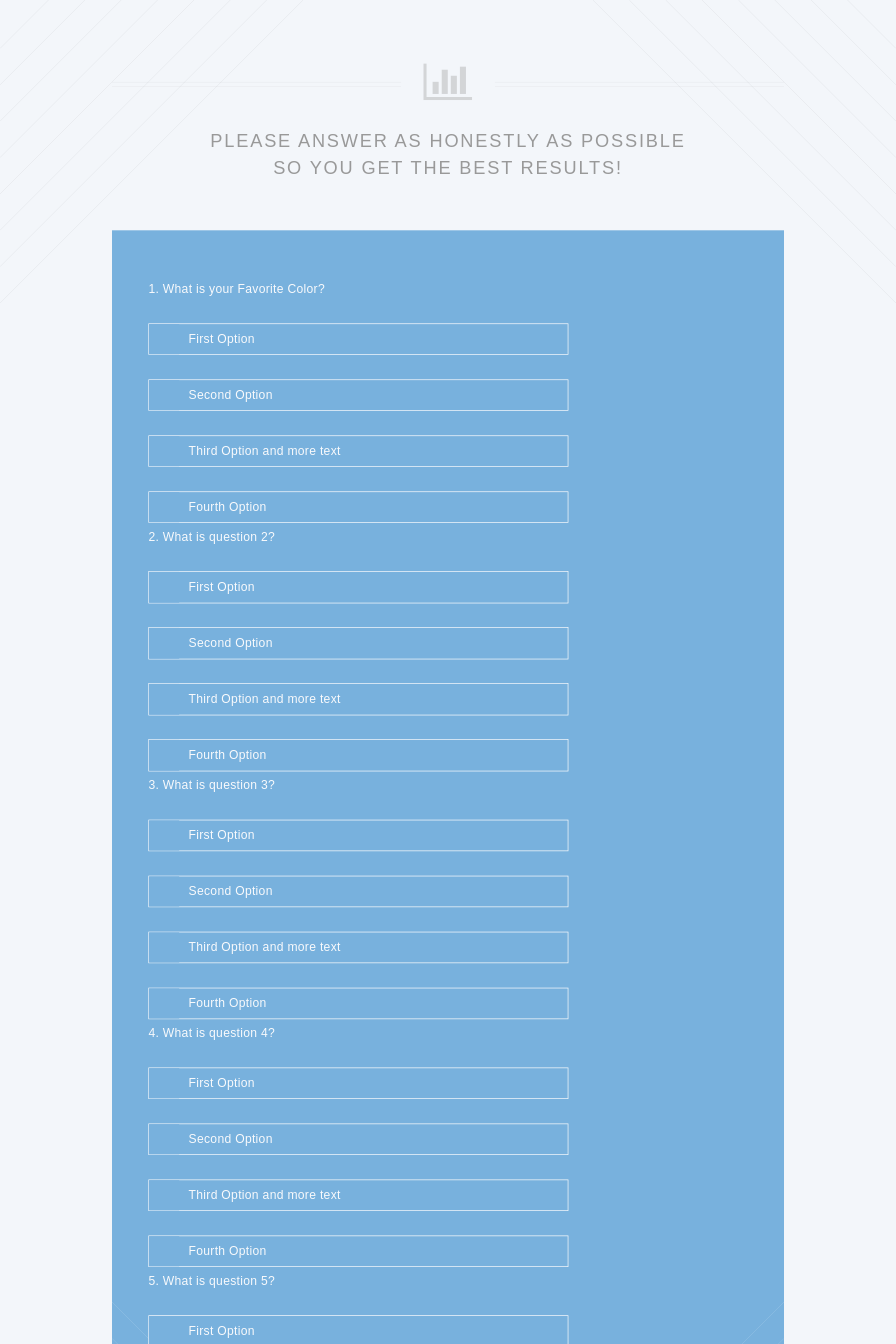
Repository: buzzeh/PatriotMatch
Page: ui/questions.html
The author's editor kept a record of every edit. The page is drawn from the files as they stood at one moment, then again after the next edit.
The browser window is 1280 px wide. The pictures show the part of the page from y = 0 to 1920 px (the page is 2665 px tall before and 2340 px after), at 70% of full size.

Above is the page before.

### ui/questions.html
<!DOCTYPE HTML>
<!--
	Twenty by HTML5 UP
	html5up.net | @n33co
	Free for personal and commercial use under the CCA 3.0 license (html5up.net/license)
-->
<html>

<head>
	<title>Patriot Match</title>
	<link rel="shortcut icon" href="http://cdn.bleacherreport.net/images/team_logos/50x50/new_england_patriots.png">
	<meta http-equiv="content-type" content="text/html; charset=utf-8" />
	<meta name="description" content="" />
	<meta name="keywords" content="" />


	<meta http-equiv="cache-control" content="max-age=0" />
	<meta http-equiv="cache-control" content="no-cache" />
	<meta http-equiv="expires" content="0" />
	<meta http-equiv="expires" content="Tue, 01 Jan 1980 1:00:00 GMT" />
	<meta http-equiv="pragma" content="no-cache" />

	<!--[if lte IE 8]><script src="css/ie/html5shiv.js"></script><![endif]-->
	<script src="js/jquery.min.js"></script>
	<script src="js/jquery.dropotron.min.js"></script>
	<script src="js/jquery.scrolly.min.js"></script>
	<script src="js/jquery.scrollgress.min.js"></script>
	<script src="js/skel.min.js"></script>
	<script src="js/skel-layers.min.js"></script>
	<script src="js/init.js"></script>
	<noscript>
		<link rel="stylesheet" href="css/skel.css?id=1" />
		<link rel="stylesheet" href="css/style.css?id=1" />

		<link rel="stylesheet" href="css/style-wide.css?id=1" />
		<link rel="stylesheet" href="css/style-noscript.css?id=1" />
	</noscript>

	<link rel="stylesheet" href="css/questions.css?id=1" />

	<!--[if lte IE 8]><link rel="stylesheet" href="css/ie/v8.css" /><![endif]-->
	<!--[if lte IE 9]><link rel="stylesheet" href="css/ie/v9.css" /><![endif]-->
</head>

<body class="index">

	<article id="main">

		<header class="special container">
			<span class="icon fa-bar-chart-o"></span>
			<h2>Please answer as honestly as possible
					<br />
					so you get the best results!</h2>

		</header>
		<section class="wrapper style2 container special-alt">
			<!--bg and color-->
			<div id='logger'></div>
			<div id="page1">
				<div>
					1. What is your Favorite Color?
					<div>
						<input type="radio" name="radio" id="radio1" class="radio" />
						<label for="radio1">First Option</label>
					</div>
					<div>
						<input type="radio" name="radio" id="radio2" class="radio" />
						<label for="radio2">Second Option</label>
					</div>
					<div>
						<input type="radio" name="radio" id="radio3" class="radio" />
						<label for="radio3">Third Option and more text</label>
					</div>
					<div>
						<input type="radio" name="radio" id="radio4" class="radio" />
						<label for="radio4">Fourth Option</label>
					</div>
				</div>
<br><br>
				<div>
				2. What is question 2?
					<div>
						<input type="radio" name="radio2" id="radio5" class="radio" />
						<label for="radio5">First Option</label>
					</div>
					<div>
						<input type="radio" name="radio2" id="radio6" class="radio" />
						<label for="radio6">Second Option</label>
					</div>
					<div>
						<input type="radio" name="radio2" id="radio7" class="radio" />
						<label for="radio7">Third Option and more text</label>
					</div>
					<div>
						<input type="radio" name="radio2" id="radio8" class="radio" />
						<label for="radio8">Fourth Option</label>
					</div>
				</div>

				<br><br>


				<div>
				3. What is question 3?
					<div>
						<input type="radio" name="radio3" id="radio9" class="radio" />
						<label for="radio9">First Option</label>
					</div>
					<div>
						<input type="radio" name="radio3" id="radio10" class="radio" />
						<label for="radio10">Second Option</label>
					</div>
					<div>
						<input type="radio" name="radio3" id="radio11" class="radio" />
						<label for="radio11">Third Option and more text</label>
					</div>
					<div>
						<input type="radio" name="radio3" id="radio12" class="radio" />
						<label for="radio12">Fourth Option</label>
					</div>
				</div>

				<br><br>

				<div>
				4. What is question 4?
					<div>
						<input type="radio" name="radio4" id="radio13" class="radio" />
						<label for="radio13">First Option</label>
					</div>
					<div>
						<input type="radio" name="radio4" id="radio14" class="radio" />
						<label for="radio14">Second Option</label>
					</div>
					<div>
						<input type="radio" name="radio4" id="radio15" class="radio" />
						<label for="radio15">Third Option and more text</label>
					</div>
					<div>
						<input type="radio" name="radio4" id="radio16" class="radio" />
						<label for="radio16">Fourth Option</label>
					</div>
				</div>

				<br><br>

				<div>
				5. What is question 5?
					<div>
						<input type="radio" name="radio5" id="radio17" class="radio" />
						<label for="radio17">First Option</label>
					</div>
					<div>
						<input type="radio" name="radio5" id="radio18" class="radio" />
						<label for="radio18">Second Option</label>
					</div>
					<div>
						<input type="radio" name="radio5" id="radio19" class="radio" />
						<label for="radio19">Third Option and more text</label>
					</div>
					<div>
						<input type="radio" name="radio5" id="radio20" class="radio" />
						<label for="radio20">Fourth Option</label>
					</div>
				</div>
				</div>
				<br><br>
<!--
					<div>
						1. What is your Favorite Color?
						<div>
							<input type="radio" name="Q1" value="1" />
							<label for="radio1"><span><span></span></span>Option 1</label>
						</div>
						<div>
							<input type="radio" name="Q1" value="2" />

							<label for="radio1"><span><span></span></span>Option 2</label>
						</div>
						<div>
							<input type="radio" name="Q1" value="3">
							<label for="radio1"><span><span></span></span>Option 3</label>
						</div>
						<div>
							<input type="radio" name="Q1" value="3">
							<label for="radio1"><span><span></span></span>Option 4</label>
						</div>

					</div>
					<div id="QF2">

						1. Q2JHSALHDUISAE FISD FSADFISADH;FIE
						<div>
							<input type="radio" name="Q2" value="1">
							<label for="radio2"><span><span></span></span>Option 1</label>
						</div>
						<div>
							<input type="radio" name="Q2" value="2">
							<label for="radio2"><span><span></span></span>Option 2</label>
						</div>
						<div>
							<input type="radio" name="Q2" value="3">
							<label for="radio2"><span><span></span></span>Option 3</label>
						</div>
						<div>
							<input type="radio" name="Q2" value="3">
							<label for="radio2"><span><span></span></span>Option 4</label>
						</div>
					</div>
					<div id="QF3">
						3. Question 3:
						<br>
						<input type="radio" name="Q3">Item one
						<br>
						<input type="radio" name="Q3">Item two
						<br>
						<input type="radio" name="Q3">Item three
						<br>
						<input type="radio" name="Q3">Item four
						<br>
					</div>
					<div id="QF4">
						4. Question 4:
						<br>
						<input type="radio" name="Q4">Item one
						<br>
						<input type="radio" name="Q4">Item two
						<br>
						<input type="radio" name="Q4">Item three
						<br>
						<input type="radio" name="Q4">Item four
					</div>
					<div id="QF5" style="display:inline">
						5. Question 5:
						<br>
						<input type="radio" name="Q5">Item one
						<br>
						<input type="radio" name="Q5">Item two
						<br>
						<input type="radio" name="Q5">Item three
						<br>
						<input type="radio" name="Q5">Item four
						<br>
					</div>
				</div>
-->
				<div id="page2" style="display:none">
					<div>
						6. What is your Favorite Color?
						<br>
						<input type="radio" name="Q1">Item one
						<br>
						<input type="radio" name="Q1">Item two
						<br>
						<input type="radio" name="Q1">Item three
						<br>
						<input type="radio" name="Q1">Item four
						<br>
					</div>
					<div id="QF7">
						7. Question 7:
						<br>
						<input type="radio" name="Q2">Item one
						<br>
						<input type="radio" name="Q2">Item two
						<br>
						<input type="radio" name="Q2">Item three
						<br>
						<input type="radio" name="Q2">Item four
						<br>
					</div>
					<div id="QF8">
						8. Question 8:
						<br>
						<input type="radio" name="Q3">Item one
						<br>
						<input type="radio" name="Q3">Item two
						<br>
						<input type="radio" name="Q3">Item three
						<br>
						<input type="radio" name="Q3">Item four
						<br>
					</div>
					<div id="QF9">
						9. Question 9:
						<br>
						<input type="radio" name="Q4">Item one
						<br>
						<input type="radio" name="Q4">Item two
						<br>
						<input type="radio" name="Q4">Item three
						<br>
						<input type="radio" name="Q4">Item four
					</div>
					<div id="QF10" style="display:inline">
						10. Question 10:
						<br>
						<input type="radio" name="Q5">Item one
						<br>
						<input type="radio" name="Q5">Item two
						<br>
						<input type="radio" name="Q5">Item three
						<br>
						<input type="radio" name="Q5">Item four
						<br>
					</div>
				</div>


				<div id="page3" style="display:none">
					<div>
						11. What is your Favorite Color?
						<br>
						<input type="radio" name="Q1">Item one
						<br>
						<input type="radio" name="Q1">Item two
						<br>
						<input type="radio" name="Q1">Item three
						<br>
						<input type="radio" name="Q1">Item four
						<br>
					</div>
					<div id="QF7">
						12. Question 7:
						<br>
						<input type="radio" name="Q2">Item one
						<br>
						<input type="radio" name="Q2">Item two
						<br>
						<input type="radio" name="Q2">Item three
						<br>
						<input type="radio" name="Q2">Item four
						<br>
					</div>
					<div id="QF8">
						13. Question 8:
						<br>
						<input type="radio" name="Q3">Item one
						<br>
						<input type="radio" name="Q3">Item two
						<br>
						<input type="radio" name="Q3">Item three
						<br>
						<input type="radio" name="Q3">Item four
						<br>
					</div>
					<div id="QF9">
						14. Question 9:
						<br>
						<input type="radio" name="Q4">Item one
						<br>
						<input type="radio" name="Q4">Item two
						<br>
						<input type="radio" name="Q4">Item three
						<br>
						<input type="radio" name="Q4">Item four
					</div>
					<div id="QF10" style="display:inline">
						15. Question 10:
						<br>
						<input type="radio" name="Q5">Item one
						<br>
						<input type="radio" name="Q5">Item two
						<br>
						<input type="radio" name="Q5">Item three
						<br>
						<input type="radio" name="Q5">Item four
						<br>
					</div>
				</div>



			<center>
				<a id="PPButton" class="button" style="display: none;">Previous Page</a>
				<a id="NPButton" class="button">Next Page</a>

			</center>
		</section>


		<!-- Footer -->
		<footer id="footer">
			<ul class="copyright">
				<li>Created by: Cristhian Benitez, Lee Chea, and Jagroop Chahal</li>
				<li>Supervisor: Emad Ibrahim</li>
				<br>
				<br>Photography: Jirayuth Kaewmeesri
				<li>Design: <a href="http://html5up.net">HTML5 UP</a>
				</li>
			</ul>
		</footer>

		<script type="text/javascript" src="\js\Question.js"></script>

</body>

</html>

### ui/css/questions.css
/*
body{
  margin      : 0;
  padding     : 1.5em;
}
/*  font-family : Georgia,Utopia,Charter,serif;*/

/*
.example{
  margin-bottom : 1.5em;
}

input[type=radio   ]:not(old){
  width     : 2em;
  margin    : 0;
  padding   : 0;
  font-size : 1em;
  opacity   : 0;
}


input[type=radio   ]:not(old) + label{
  display      : inline-block;
  margin-left  : -2em;
  line-height  : 1.5em;
}


input[type=radio   ]:not(old) + label > span{
  display          : inline-block;
  width            : .875em;
  height           : 0.875em;
  margin           : 0.25em 0.5em 0.25em 0.25em;
  border           : 0.0625em solid rgb(255,255,255);
  border-radius    : 0.16em;
  background       : rgb(0,0,0);
  background-image :    -moz-linear-gradient(rgb(240,240,240),rgb(224,224,224));
  background-image :     -ms-linear-gradient(rgb(240,240,240),rgb(224,224,224));
  background-image :      -o-linear-gradient(rgb(240,240,240),rgb(224,224,224));
  background-image : -webkit-linear-gradient(rgb(240,240,240),rgb(224,224,224));
  background-image :         linear-gradient(rgb(240,240,240),rgb(224,224,224));
  vertical-align   : bottom;
}
/*

/* keep this hidden
input[type=radio   ]:not(old):checked + label > span{
  background-image :    -moz-linear-gradient(rgb(224,224,224),rgb(240,240,240));
  background-image :     -ms-linear-gradient(rgb(224,224,224),rgb(240,240,240));
  background-image :      -o-linear-gradient(rgb(224,224,224),rgb(240,240,240));
  background-image : -webkit-linear-gradient(rgb(224,224,224),rgb(240,240,240));
  background-image :         linear-gradient(rgb(224,224,224),rgb(240,240,240));
}

*/

/*
input[type=radio]:not(old):checked +  label > span > span{
  display          : block;
  width            : .5em;
  height           : 0.5em;
  margin           : 0.125em;
  border           : .0625em solid rgb(0,104,204);
  border-radius    : 0.125em;
  background       : rgb(0,153,255);

}
*/
body {
	font-family: sans-serif;
	margin: 10px;
	color: #999;
	background-color: #eee;
}

form {
	margin: 40px 0;
}

div {
	clear: both;
	margin: 0 0px;   /*------------------was 50, x of all */
}

label {    /*Sizes of labels*/
  width: 600px;
  border: 1px solid #ffffff
}


label:hover{
  background-color: #1e80c7;
}


/* hide input */
input.radio:empty {
	margin-left: -9999px;
}

/* style label */
input.radio:empty ~ label {
	position: relative;
	float: left;
	line-height: 2.5em;
	text-indent: 3.25em;
	margin-top: 2em;
	cursor: pointer;
	-webkit-user-select: none;
	-moz-user-select: none;
	-ms-user-select: none;
	user-select: none;
}

input.radio:empty ~ label:before {
	position: absolute;
	display: block;
	top: 0;
	bottom: 0;
	left: 0;
	content: '';
	width: 2.5em;
	background: #006ec2;  /*color of box*/

}

/* toggle hover */
input.radio:hover:not(:checked) ~ label:before {
	content:'\2714';
	text-indent: .9em;
	color: #ffffff; /*check color when hovering*/
}

input.radio:hover:not(:checked) ~ label {
	color: #e0e0e0; /*text color hover*/
}

/* toggle on */
input.radio:checked ~ label:before {
	content:'\2714';
	text-indent: .9em;
	color: #006ec2; /*check when clicked*/
	background-color: #ffffff;
}

input.radio:checked ~ label { /*text checked color*/
	color: #ffffff;

}

/* radio focus */
input.radio:focus ~ label:before {
	box-shadow: 0 0 0 3px #ffffff; /*little box shadow*/
}

### ui/css/style-normal.css
/*
	Twenty by HTML5 UP
	html5up.net | @n33co
	Free for personal and commercial use under the CCA 3.0 license (html5up.net/license)
*/

/* Basic */

	body, input, select, textarea {
		font-size: 13pt;
		letter-spacing: 0.025em;
		line-height: 1.65em;
	}

	h1, h2, h3, h4, h5, h6 {
		line-height: 1.5em;
	}

/* Section/Article */

	header.major {
		padding-bottom: 1.5em;
	}

	footer.major {
		padding-top: 2em;
	}

/* Wrapper */

	.wrapper {
		margin-bottom: 4em;
		padding: 4em 3em;
	}

		.wrapper.style4 {
			padding: 3em;
		}

/* Header */

	#header nav ul li {
		margin-left: 1em;
	}

/* Banner */

	#banner {
		background-attachment: scroll;
	}

/* CTA */

	#cta {
		padding: 4em;
		background-attachment: scroll;
	}

/* Footer */

	#footer {
		padding: 4em;
	}

Loaded but not shown: ui/js/jquery.min.js (library); ui/js/jquery.dropotron.min.js (library); ui/js/jquery.scrolly.min.js (common file); ui/js/jquery.scrollgress.min.js (common file); ui/js/skel.min.js (library); ui/js/skel-layers.min.js (library); ui/css/style-wide.css (common file); ui/css/font-awesome.min.css (library); ui/js/init.js (130 lines, source omitted); ui/js/Question.js (63 lines, source omitted); ui/css/style.css (1091 lines, source omitted)

After the next edit:
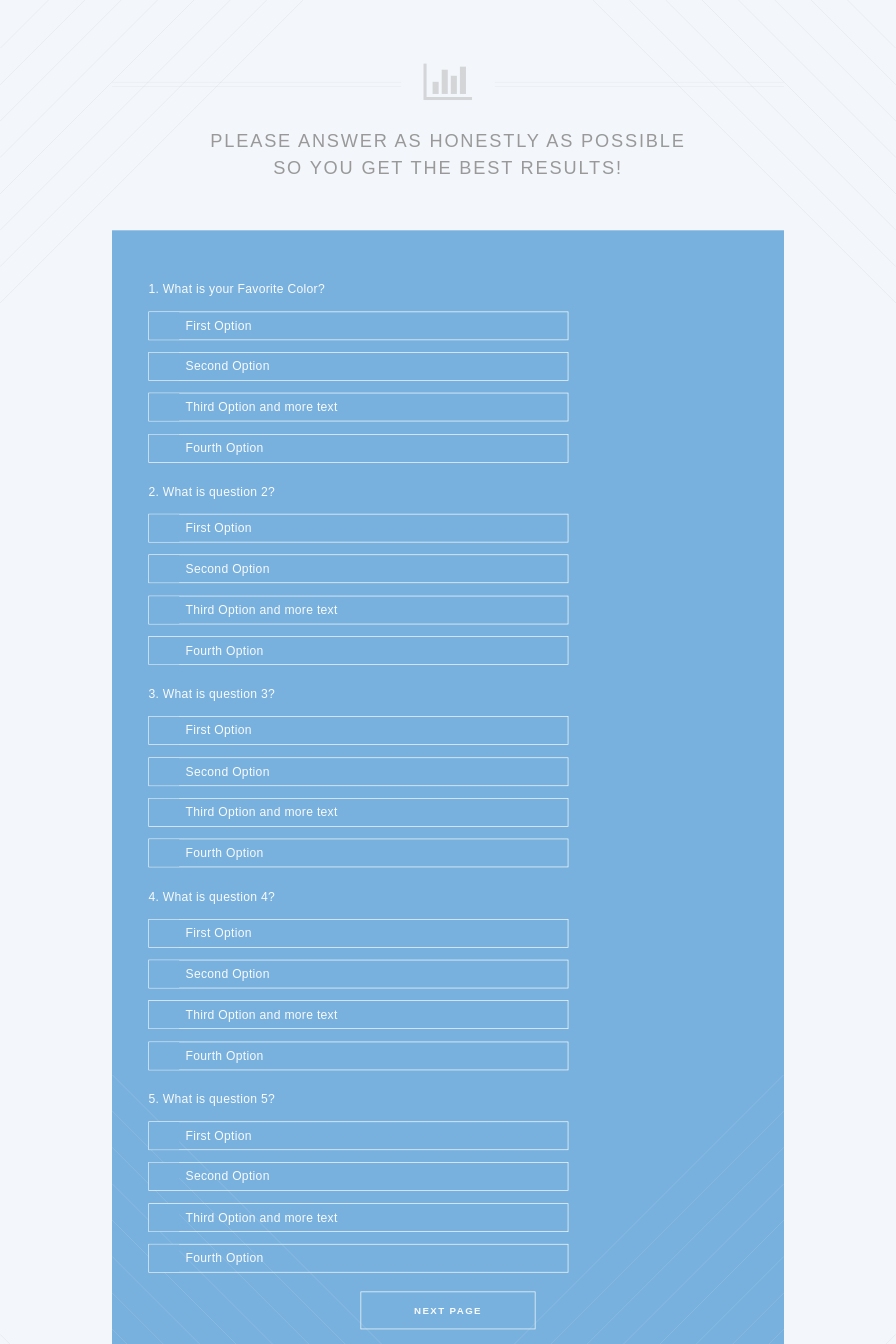
The edit:
--- a/ui/css/questions.css
+++ b/ui/css/questions.css
@@ -102,9 +102,9 @@
 input.radio:empty ~ label {
 	position: relative;
 	float: left;
-	line-height: 2.5em;
-	text-indent: 3.25em;
-	margin-top: 2em;
+	line-height: 2.25em;
+	text-indent: 3em;
+	margin-top: 1em;
 	cursor: pointer;
 	-webkit-user-select: none;
 	-moz-user-select: none;
